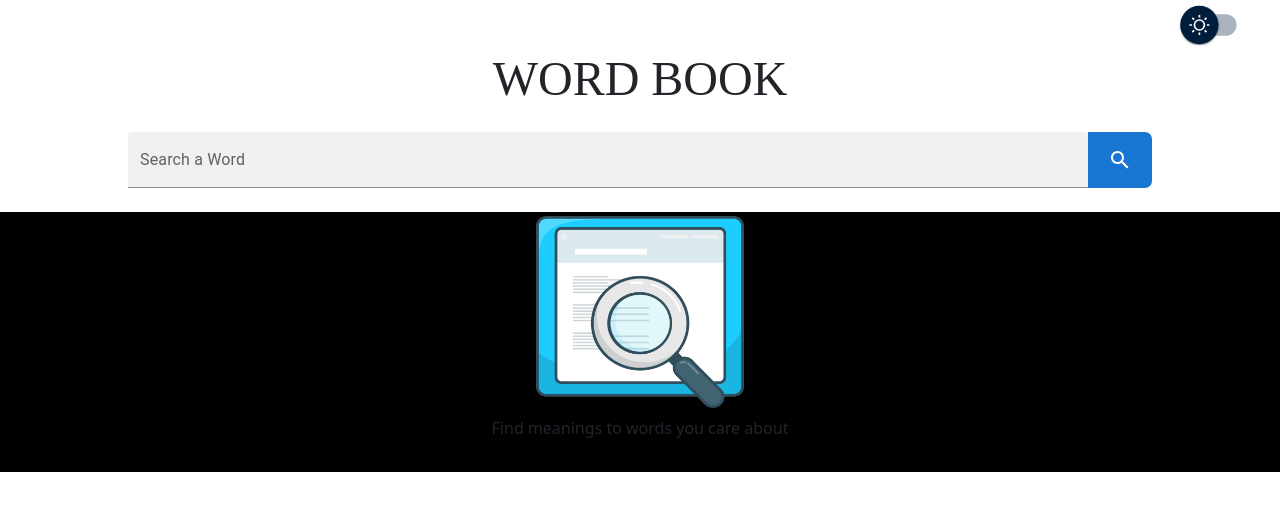
Repository: marveldev/my-dictionary
Page: /
The author's editor kept a copy of each file at every save. The page is drawn from the files as they stood at one save, then again after the next save.
The browser window is 1280 px wide. The pictures show the whole page.
The project was rebuilt for these pictures with package versions that can differ from the ones it lists, and the page was loaded fresh each time. Also part of the build but not shown: src/components/themeSwitcher/MUISwitch.jsx.

Above is the page before, as saved 2022-05-29 18:55:24.

After the next save:
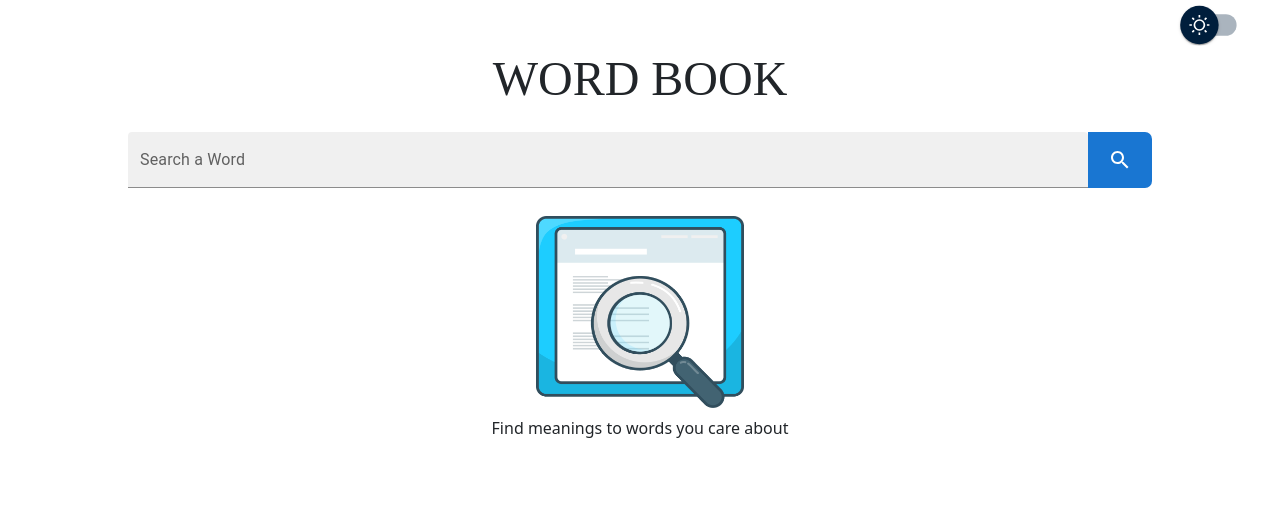
Saved 33 s later.
--- a/src/index.css
+++ b/src/index.css
@@ -53,7 +53,6 @@ h1 {
 .output {
   margin: 13em auto 0;
   padding-bottom: 1em;
-  background-color: #000;
 }
 
 .search-illustration {
